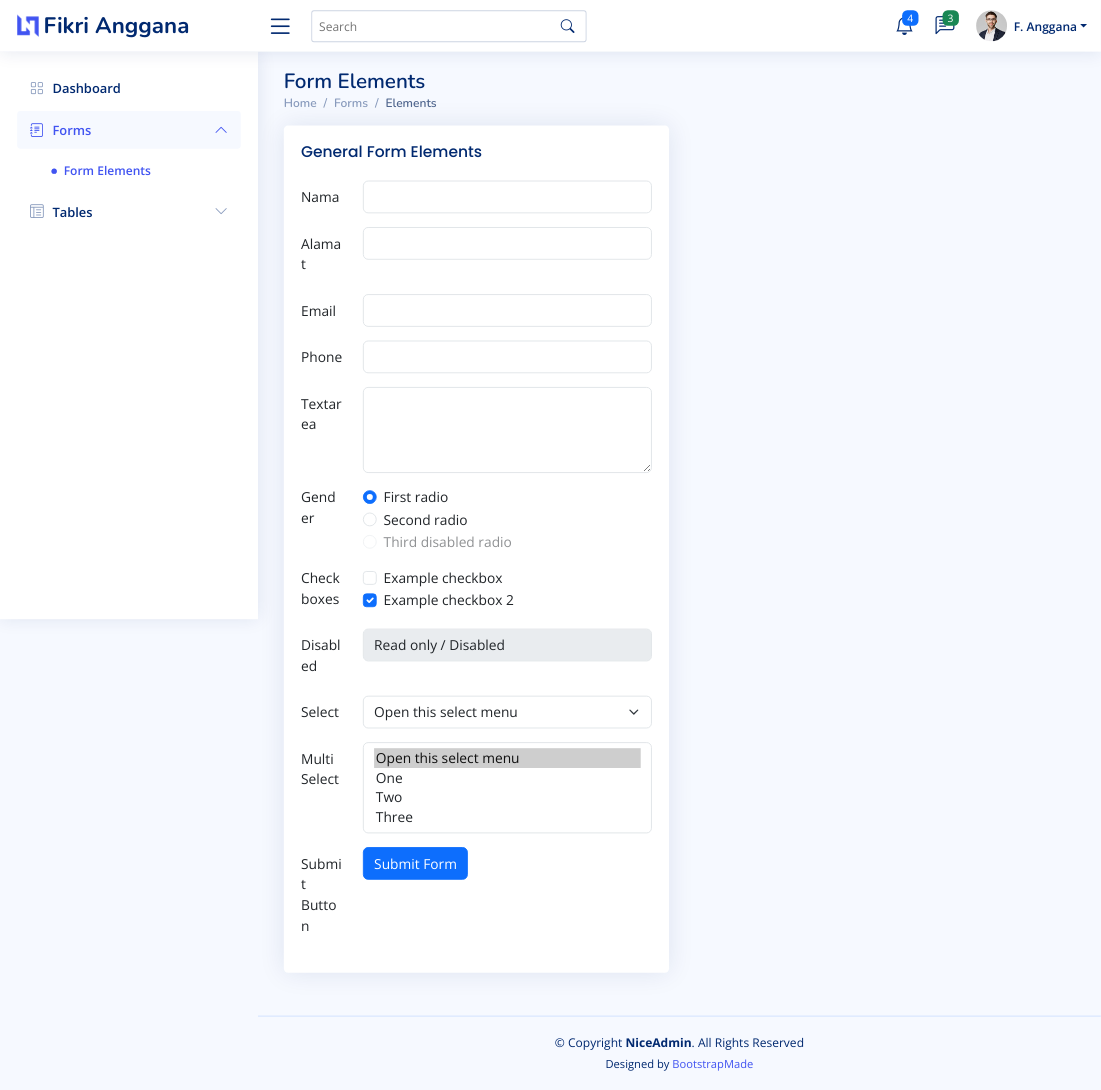
Repository: fikrianggana/PRG4_M2_P1_088
Page: NiceAdmin/forms-elements.html
An editor plug-in stored every save of this project. The page is shown before and after the next save, followed by the edit.
The browser window is 1280 px wide. The pictures show the whole page, at 86% of full size.

Above is the page before, as saved 2023-09-19 23:30:09.

### NiceAdmin/forms-elements.html
<!DOCTYPE html>
<html lang="en">

<head>
  <meta charset="utf-8">
  <meta content="width=device-width, initial-scale=1.0" name="viewport">

  <title>Forms / Elements - NiceAdmin Bootstrap Template</title>
  <meta content="" name="description">
  <meta content="" name="keywords">

  <!-- Favicons -->
  <link href="assets/img/favicon.png" rel="icon">
  <link href="assets/img/apple-touch-icon.png" rel="apple-touch-icon">

  <!-- Google Fonts -->
  <link href="https://fonts.gstatic.com" rel="preconnect">
  <link href="https://fonts.googleapis.com/css?family=Open+Sans:300,300i,400,400i,600,600i,700,700i|Nunito:300,300i,400,400i,600,600i,700,700i|Poppins:300,300i,400,400i,500,500i,600,600i,700,700i" rel="stylesheet">

  <!-- Vendor CSS Files -->
  <link href="assets/vendor/bootstrap/css/bootstrap.min.css" rel="stylesheet">
  <link href="assets/vendor/bootstrap-icons/bootstrap-icons.css" rel="stylesheet">
  <link href="assets/vendor/boxicons/css/boxicons.min.css" rel="stylesheet">
  <link href="assets/vendor/quill/quill.snow.css" rel="stylesheet">
  <link href="assets/vendor/quill/quill.bubble.css" rel="stylesheet">
  <link href="assets/vendor/remixicon/remixicon.css" rel="stylesheet">
  <link href="assets/vendor/simple-datatables/style.css" rel="stylesheet">

  <!-- Template Main CSS File -->
  <link href="assets/css/style.css" rel="stylesheet">

  <!-- =======================================================
  * Template Name: NiceAdmin
  * Updated: Aug 30 2023 with Bootstrap v5.3.1
  * Template URL: https://bootstrapmade.com/nice-admin-bootstrap-admin-html-template/
  * Author: BootstrapMade.com
  * License: https://bootstrapmade.com/license/
  ======================================================== -->
</head>

<body>

  <!-- ======= Header ======= -->
  <header id="header" class="header fixed-top d-flex align-items-center">

    <div class="d-flex align-items-center justify-content-between">
      <a href="index.html" class="logo d-flex align-items-center">
        <img src="assets/img/logo.png" alt="">
        <span class="d-none d-lg-block">Fikri Anggana</span>
      </a>
      <i class="bi bi-list toggle-sidebar-btn"></i>
    </div><!-- End Logo -->

    <div class="search-bar">
      <form class="search-form d-flex align-items-center" method="POST" action="#">
        <input type="text" name="query" placeholder="Search" title="Enter search keyword">
        <button type="submit" title="Search"><i class="bi bi-search"></i></button>
      </form>
    </div><!-- End Search Bar -->

    <nav class="header-nav ms-auto">
      <ul class="d-flex align-items-center">

        <li class="nav-item d-block d-lg-none">
          <a class="nav-link nav-icon search-bar-toggle " href="#">
            <i class="bi bi-search"></i>
          </a>
        </li><!-- End Search Icon-->

        <li class="nav-item dropdown">

          <a class="nav-link nav-icon" href="#" data-bs-toggle="dropdown">
            <i class="bi bi-bell"></i>
            <span class="badge bg-primary badge-number">4</span>
          </a><!-- End Notification Icon -->

          <ul class="dropdown-menu dropdown-menu-end dropdown-menu-arrow notifications">
            <li class="dropdown-header">
              You have 4 new notifications
              <a href="#"><span class="badge rounded-pill bg-primary p-2 ms-2">View all</span></a>
            </li>
            <li>
              <hr class="dropdown-divider">
            </li>

            <li class="notification-item">
              <i class="bi bi-exclamation-circle text-warning"></i>
              <div>
                <h4>Lorem Ipsum</h4>
                <p>Quae dolorem earum veritatis oditseno</p>
                <p>30 min. ago</p>
              </div>
            </li>

            <li>
              <hr class="dropdown-divider">
            </li>

            <li class="notification-item">
              <i class="bi bi-x-circle text-danger"></i>
              <div>
                <h4>Atque rerum nesciunt</h4>
                <p>Quae dolorem earum veritatis oditseno</p>
                <p>1 hr. ago</p>
              </div>
            </li>

            <li>
              <hr class="dropdown-divider">
            </li>

            <li class="notification-item">
              <i class="bi bi-check-circle text-success"></i>
              <div>
                <h4>Sit rerum fuga</h4>
                <p>Quae dolorem earum veritatis oditseno</p>
                <p>2 hrs. ago</p>
              </div>
            </li>

            <li>
              <hr class="dropdown-divider">
            </li>

            <li class="notification-item">
              <i class="bi bi-info-circle text-primary"></i>
              <div>
                <h4>Dicta reprehenderit</h4>
                <p>Quae dolorem earum veritatis oditseno</p>
                <p>4 hrs. ago</p>
              </div>
            </li>

            <li>
              <hr class="dropdown-divider">
            </li>
            <li class="dropdown-footer">
              <a href="#">Show all notifications</a>
            </li>

          </ul><!-- End Notification Dropdown Items -->

        </li><!-- End Notification Nav -->

        <li class="nav-item dropdown">

          <a class="nav-link nav-icon" href="#" data-bs-toggle="dropdown">
            <i class="bi bi-chat-left-text"></i>
            <span class="badge bg-success badge-number">3</span>
          </a><!-- End Messages Icon -->

          <ul class="dropdown-menu dropdown-menu-end dropdown-menu-arrow messages">
            <li class="dropdown-header">
              You have 3 new messages
              <a href="#"><span class="badge rounded-pill bg-primary p-2 ms-2">View all</span></a>
            </li>
            <li>
              <hr class="dropdown-divider">
            </li>

            <li class="message-item">
              <a href="#">
                <img src="assets/img/messages-1.jpg" alt="" class="rounded-circle">
                <div>
                  <h4>Maria Hudson</h4>
                  <p>Velit asperiores et ducimus soluta repudiandae labore officia est ut...</p>
                  <p>4 hrs. ago</p>
                </div>
              </a>
            </li>
            <li>
              <hr class="dropdown-divider">
            </li>

            <li class="message-item">
              <a href="#">
                <img src="assets/img/messages-2.jpg" alt="" class="rounded-circle">
                <div>
                  <h4>Anna Nelson</h4>
                  <p>Velit asperiores et ducimus soluta repudiandae labore officia est ut...</p>
                  <p>6 hrs. ago</p>
                </div>
              </a>
            </li>
            <li>
              <hr class="dropdown-divider">
            </li>

            <li class="message-item">
              <a href="#">
                <img src="assets/img/messages-3.jpg" alt="" class="rounded-circle">
                <div>
                  <h4>David Muldon</h4>
                  <p>Velit asperiores et ducimus soluta repudiandae labore officia est ut...</p>
                  <p>8 hrs. ago</p>
                </div>
              </a>
            </li>
            <li>
              <hr class="dropdown-divider">
            </li>

            <li class="dropdown-footer">
              <a href="#">Show all messages</a>
            </li>

          </ul><!-- End Messages Dropdown Items -->

        </li><!-- End Messages Nav -->

        <li class="nav-item dropdown pe-3">

          <a class="nav-link nav-profile d-flex align-items-center pe-0" href="#" data-bs-toggle="dropdown">
            <img src="assets/img/profile-img.jpg" alt="Profile" class="rounded-circle">
            <span class="d-none d-md-block dropdown-toggle ps-2">F. Anggana</span>
          </a><!-- End Profile Iamge Icon -->

          <ul class="dropdown-menu dropdown-menu-end dropdown-menu-arrow profile">
            <li class="dropdown-header">
              <h6>Fikri Anggana</h6>
              <span>Network Engineer</span>
            </li>
            <li>
              <hr class="dropdown-divider">
            </li>

            <li>
              <a class="dropdown-item d-flex align-items-center" href="users-profile.html">
                <i class="bi bi-person"></i>
                <span>My Profile</span>
              </a>
            </li>
            <li>
              <hr class="dropdown-divider">
            </li>

            <li>
              <a class="dropdown-item d-flex align-items-center" href="users-profile.html">
                <i class="bi bi-gear"></i>
                <span>Account Settings</span>
              </a>
            </li>
            <li>
              <hr class="dropdown-divider">
            </li>

            <li>
              <a class="dropdown-item d-flex align-items-center" href="pages-faq.html">
                <i class="bi bi-question-circle"></i>
                <span>Need Help?</span>
              </a>
            </li>
            <li>
              <hr class="dropdown-divider">
            </li>

            <li>
              <a class="dropdown-item d-flex align-items-center" href="#">
                <i class="bi bi-box-arrow-right"></i>
                <span>Sign Out</span>
              </a>
            </li>

          </ul><!-- End Profile Dropdown Items -->
        </li><!-- End Profile Nav -->

      </ul>
    </nav><!-- End Icons Navigation -->

  </header><!-- End Header -->

  <!-- ======= Sidebar ======= -->
  <aside id="sidebar" class="sidebar">

    <ul class="sidebar-nav" id="sidebar-nav">

      <li class="nav-item">
        <a class="nav-link collapsed" href="index.html">
          <i class="bi bi-grid"></i>
          <span>Dashboard</span>
        </a>
      </li><!-- End Dashboard Nav -->


      <li class="nav-item">
        <a class="nav-link " data-bs-target="#forms-nav" data-bs-toggle="collapse" href="#">
          <i class="bi bi-journal-text"></i><span>Forms</span><i class="bi bi-chevron-down ms-auto"></i>
        </a>
        <ul id="forms-nav" class="nav-content collapse show" data-bs-parent="#sidebar-nav">
          <li>
            <a href="forms-elements.html" class="active">
              <i class="bi bi-circle"></i><span>Form Elements</span>
            </a>
          </li>
        </ul>
      </li><!-- End Forms Nav -->

      <li class="nav-item">
        <a class="nav-link collapsed" data-bs-target="#tables-nav" data-bs-toggle="collapse" href="#">
          <i class="bi bi-layout-text-window-reverse"></i><span>Tables</span><i class="bi bi-chevron-down ms-auto"></i>
        </a>
        <ul id="tables-nav" class="nav-content collapse " data-bs-parent="#sidebar-nav">

          <li>
            <a href="tables-data.html">
              <i class="bi bi-circle"></i><span>Data Tables</span>
            </a>
          </li>
        </ul>
      </li><!-- End Tables Nav -->
    </ul>

  </aside><!-- End Sidebar-->

  <main id="main" class="main">

    <div class="pagetitle">
      <h1>Form Elements</h1>
      <nav>
        <ol class="breadcrumb">
          <li class="breadcrumb-item"><a href="index.html">Home</a></li>
          <li class="breadcrumb-item">Forms</li>
          <li class="breadcrumb-item active">Elements</li>
        </ol>
      </nav>
    </div><!-- End Page Title -->

    <section class="section">
      <div class="row">
        <div class="col-lg-6">

          <div class="card">
            <div class="card-body">
              <h5 class="card-title">General Form Elements</h5>

              <!-- General Form Elements -->
              <form>
                <div class="row mb-3">
                  <label for="inputText" class="col-sm-2 col-form-label">Nama</label>
                  <div class="col-sm-10">
                    <input type="text" class="form-control">
                  </div>
                </div>
                <div class="row mb-3">
                  <label for="inputEmail" class="col-sm-2 col-form-label">Alamat</label>
                  <div class="col-sm-10">
                    <input type="email" class="form-control">
                  </div>
                </div>
                <div class="row mb-3">
                  <label for="inputPassword" class="col-sm-2 col-form-label">Email</label>
                  <div class="col-sm-10">
                    <input type="password" class="form-control">
                  </div>
                </div>
                <div class="row mb-3">
                  <label for="inputNumber" class="col-sm-2 col-form-label">Phone</label>
                  <div class="col-sm-10">
                    <input type="number" class="form-control">
                  </div>
                </div>
                <div class="row mb-3">
                  <label for="inputPassword" class="col-sm-2 col-form-label">Textarea</label>
                  <div class="col-sm-10">
                    <textarea class="form-control" style="height: 100px"></textarea>
                  </div>
                </div>
                <fieldset class="row mb-3">
                  <legend class="col-form-label col-sm-2 pt-0">Gender</legend>
                  <div class="col-sm-10">
                    <div class="form-check">
                      <input class="form-check-input" type="radio" name="gridRadios" id="gridRadios1" value="option1" checked>
                      <label class="form-check-label" for="gridRadios1">
                        First radio
                      </label>
                    </div>
                    <div class="form-check">
                      <input class="form-check-input" type="radio" name="gridRadios" id="gridRadios2" value="option2">
                      <label class="form-check-label" for="gridRadios2">
                        Second radio
                      </label>
                    </div>
                    <div class="form-check disabled">
                      <input class="form-check-input" type="radio" name="gridRadios" id="gridRadios" value="option" disabled>
                      <label class="form-check-label" for="gridRadios3">
                        Third disabled radio
                      </label>
                    </div>
                  </div>
                </fieldset>
                <div class="row mb-3">
                  <legend class="col-form-label col-sm-2 pt-0">Checkboxes</legend>
                  <div class="col-sm-10">

                    <div class="form-check">
                      <input class="form-check-input" type="checkbox" id="gridCheck1">
                      <label class="form-check-label" for="gridCheck1">
                        Example checkbox
                      </label>
                    </div>

                    <div class="form-check">
                      <input class="form-check-input" type="checkbox" id="gridCheck2" checked>
                      <label class="form-check-label" for="gridCheck2">
                        Example checkbox 2
                      </label>
                    </div>

                  </div>
                </div>

                <div class="row mb-3">
                  <label class="col-sm-2 col-form-label">Disabled</label>
                  <div class="col-sm-10">
                    <input type="text" class="form-control" value="Read only / Disabled" disabled>
                  </div>
                </div>

                <div class="row mb-3">
                  <label class="col-sm-2 col-form-label">Select</label>
                  <div class="col-sm-10">
                    <select class="form-select" aria-label="Default select example">
                      <option selected>Open this select menu</option>
                      <option value="1">One</option>
                      <option value="2">Two</option>
                      <option value="3">Three</option>
                    </select>
                  </div>
                </div>

                <div class="row mb-3">
                  <label class="col-sm-2 col-form-label">Multi Select</label>
                  <div class="col-sm-10">
                    <select class="form-select" multiple aria-label="multiple select example">
                      <option selected>Open this select menu</option>
                      <option value="1">One</option>
                      <option value="2">Two</option>
                      <option value="3">Three</option>
                    </select>
                  </div>
                </div>

                <div class="row mb-3">
                  <label class="col-sm-2 col-form-label">Submit Button</label>
                  <div class="col-sm-10">
                    <button type="submit" class="btn btn-primary">Submit Form</button>
                  </div>
                </div>

              </form><!-- End General Form Elements -->

            </div>
          </div>
        </div>
      </div>
    </section>

  </main><!-- End #main -->

  <!-- ======= Footer ======= -->
  <footer id="footer" class="footer">
    <div class="copyright">
      &copy; Copyright <strong><span>NiceAdmin</span></strong>. All Rights Reserved
    </div>
    <div class="credits">
      <!-- All the links in the footer should remain intact. -->
      <!-- You can delete the links only if you purchased the pro version. -->
      <!-- Licensing information: https://bootstrapmade.com/license/ -->
      <!-- Purchase the pro version with working PHP/AJAX contact form: https://bootstrapmade.com/nice-admin-bootstrap-admin-html-template/ -->
      Designed by <a href="https://bootstrapmade.com/">BootstrapMade</a>
    </div>
  </footer><!-- End Footer -->

  <a href="#" class="back-to-top d-flex align-items-center justify-content-center"><i class="bi bi-arrow-up-short"></i></a>

  <!-- Vendor JS Files -->
  <script src="assets/vendor/apexcharts/apexcharts.min.js"></script>
  <script src="assets/vendor/bootstrap/js/bootstrap.bundle.min.js"></script>
  <script src="assets/vendor/chart.js/chart.umd.js"></script>
  <script src="assets/vendor/echarts/echarts.min.js"></script>
  <script src="assets/vendor/quill/quill.min.js"></script>
  <script src="assets/vendor/simple-datatables/simple-datatables.js"></script>
  <script src="assets/vendor/tinymce/tinymce.min.js"></script>
  <script src="assets/vendor/php-email-form/validate.js"></script>

  <!-- Template Main JS File -->
  <script src="assets/js/main.js"></script>

</body>

</html>

Loaded but not shown: NiceAdmin/assets/vendor/bootstrap/css/bootstrap.min.css (library); NiceAdmin/assets/vendor/bootstrap-icons/bootstrap-icons.css (library); NiceAdmin/assets/vendor/boxicons/css/boxicons.min.css (library); NiceAdmin/assets/vendor/quill/quill.snow.css (library); NiceAdmin/assets/vendor/quill/quill.bubble.css (library); NiceAdmin/assets/vendor/remixicon/remixicon.css (library); NiceAdmin/assets/vendor/simple-datatables/style.css (library); NiceAdmin/assets/vendor/apexcharts/apexcharts.min.js (library); NiceAdmin/assets/vendor/bootstrap/js/bootstrap.bundle.min.js (library); NiceAdmin/assets/vendor/chart.js/chart.umd.js (library); NiceAdmin/assets/vendor/echarts/echarts.min.js (library); NiceAdmin/assets/vendor/quill/quill.min.js (library); NiceAdmin/assets/vendor/simple-datatables/simple-datatables.js (library); NiceAdmin/assets/vendor/tinymce/tinymce.min.js (library); NiceAdmin/assets/vendor/php-email-form/validate.js (common file); NiceAdmin/assets/js/main.js (321 lines, source omitted); NiceAdmin/assets/css/style.css (1233 lines, source omitted)

After the next save:
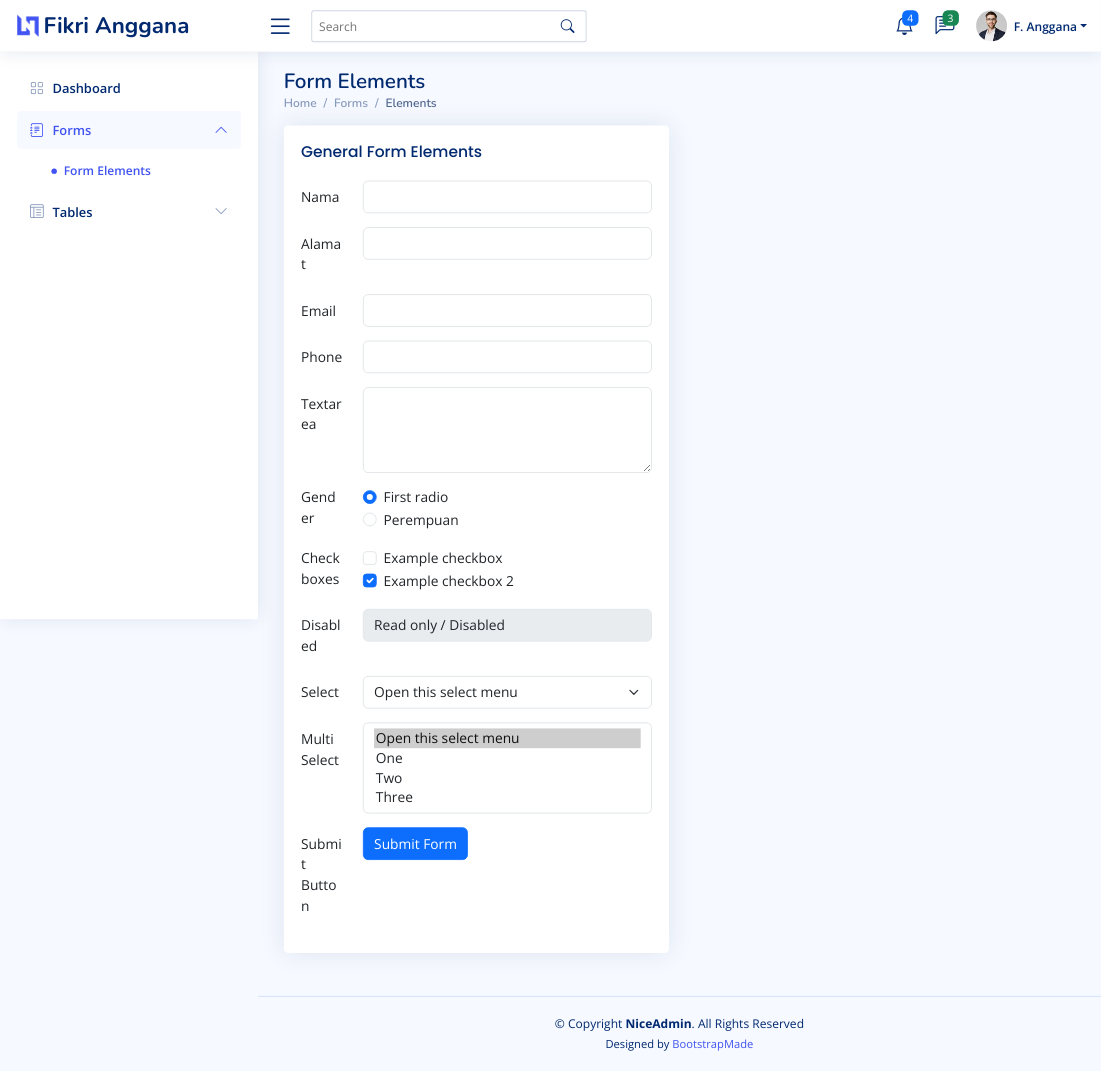
Saved 53 s later.
--- a/NiceAdmin/forms-elements.html
+++ b/NiceAdmin/forms-elements.html
@@ -375,15 +375,9 @@
                       </label>
                     </div>
                     <div class="form-check">
-                      <input class="form-check-input" type="radio" name="gridRadios" id="gridRadios2" value="option2">
+                      <input class="form-check-input" type="radio" name="gridRadios" id="Perempuan" value="Perempuan">
                       <label class="form-check-label" for="gridRadios2">
-                        Second radio
-                      </label>
-                    </div>
-                    <div class="form-check disabled">
-                      <input class="form-check-input" type="radio" name="gridRadios" id="gridRadios" value="option" disabled>
-                      <label class="form-check-label" for="gridRadios3">
-                        Third disabled radio
+                        Perempuan
                       </label>
                     </div>
                   </div>
